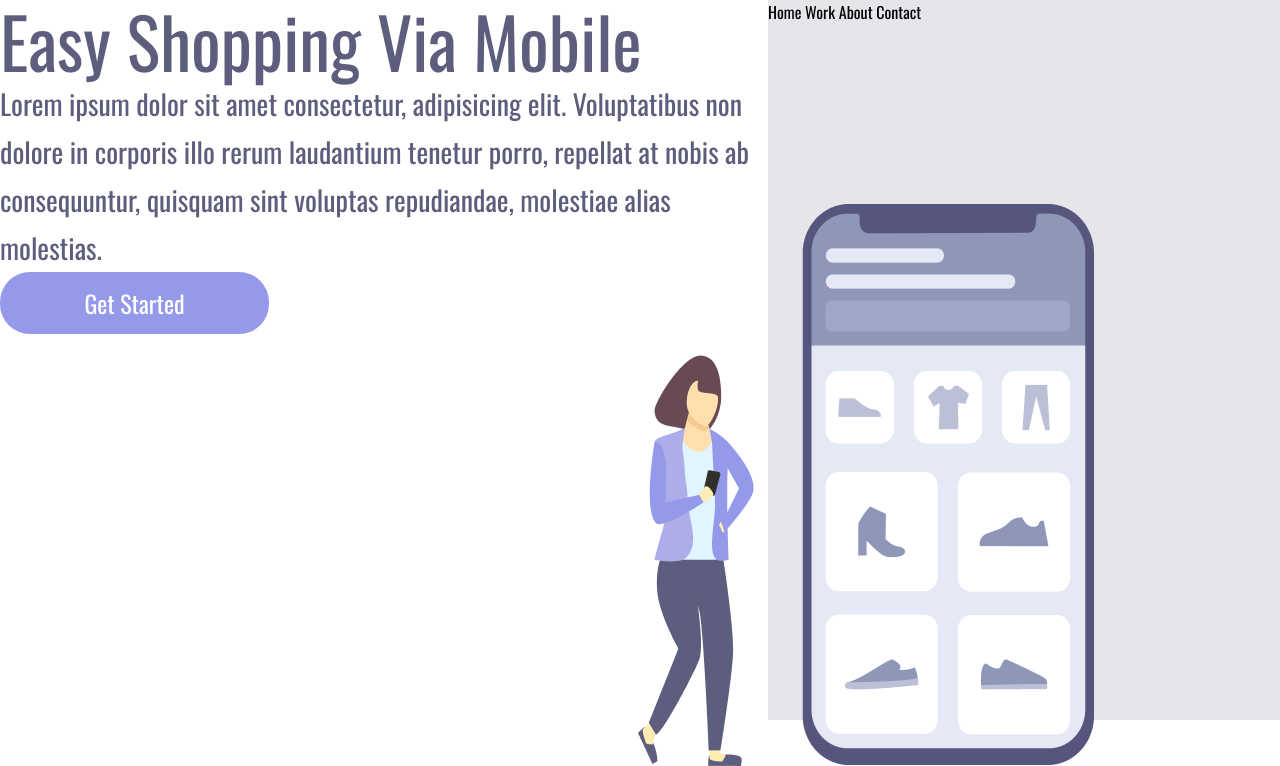
Repository: DihOliver/Projeto-Responsivo
Page: index.html
An editor plug-in stored every save of this project. The page is shown before and after the next save, followed by the edit.
The browser window is 1280 px wide. The pictures show the whole page.
Some web fonts or font styles are not loaded; a fallback is used.

Above is the page before, as saved 2023-06-06 22:14:24.

### index.html
<!DOCTYPE html>
<html lang="en">
  <head>
    <meta charset="UTF-8" />
    <meta http-equiv="X-UA-Compatible" content="IE=edge" />
    <meta name="viewport" content="width=device-width, initial-scale=1.0" />
    <link rel="stylesheet" href="./styles.css" />
    <link rel="preconnect" href="https://fonts.googleapis.com" />
    <link rel="preconnect" href="https://fonts.gstatic.com" crossorigin />
    <link
      href="https://fonts.googleapis.com/css2?family=Montserrat:ital,wght@0,500;0,600;0,700;0,900;1,400&family=Oswald&family=Poppins:wght@400;500;700&family=Roboto:wght@400;500;700&family=Tilt+Prism&display=swap"
      rel="stylesheet"
    />
    <title>Css - Responsividade</title>
  </head>
  <body>
    <div class="wrapper">
      <section class="container-left">
        <h1>Easy Shopping Via Mobile</h1>
        <p>
          Lorem ipsum dolor sit amet consectetur, adipisicing elit. Voluptatibus
          non dolore in corporis illo rerum laudantium tenetur porro, repellat
          at nobis ab consequuntur, quisquam sint voluptas repudiandae,
          molestiae alias molestias.
        </p>
        <button>Get Started</button>
      </section>
      <section class="container-rigth">
        <header>
          <a>Home</a>
          <a>Work</a>
          <a>About</a>
          <a>Contact</a>
        </header>
        <img alt="Girl=cellphone.png" src="./img/girl-cellphone.png" />
      </section>
    </div>
  </body>
</html>

### styles.css
*{
    margin: 0;
    padding: 0;
    box-sizing: border-box;
    font-family: 'Oswald', sans-serif;
    font-weight: 400;
}

.wrapper {
    height: 100vh;
    width: 100vw;
}

.container-left {
    display: inline-block;
    width: 60%;

}

.container-rigth {
    display: inline-block;
    background-color: rgba(93,93,125,0.16);
    height: 100vh;
    width: 40% ;
    position: absolute;

}

img {
    position: relative;
    top: 25%;
    right: 130px;
}

h1 {
    font-weight: 400;
    font-size: 70px;
    line-height: 80px;
    color: #5D5D7D;
}

p {
    font-size: 28px;
    line-height: 48px;
    color: #5D5D7D;
}

button {
    width: 269px;
    height: 62px;
    background: #9499EA;
    font-weight: 400;
    font-size: 24px;
    line-height: 36px;
    text-align: center;
    color: #FFFFFF;
    border: none;
    border-radius: 30px;


    }

After the next save:
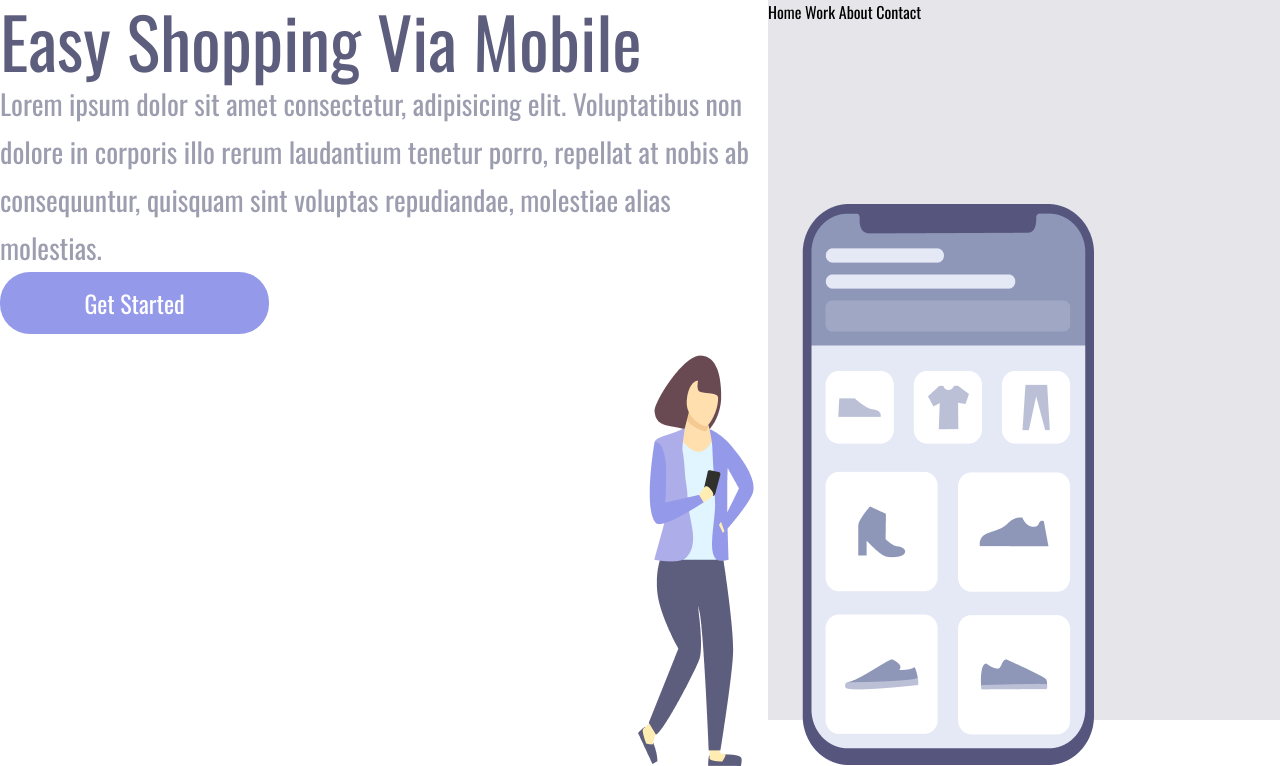
Saved 104 s later.
--- a/styles.css
+++ b/styles.css
@@ -43,13 +43,13 @@ p {
     font-size: 28px;
     line-height: 48px;
     color: #5D5D7D;
+    opacity: 0.6;
 }
 
 button {
     width: 269px;
     height: 62px;
     background: #9499EA;
-    font-weight: 400;
     font-size: 24px;
     line-height: 36px;
     text-align: center;
